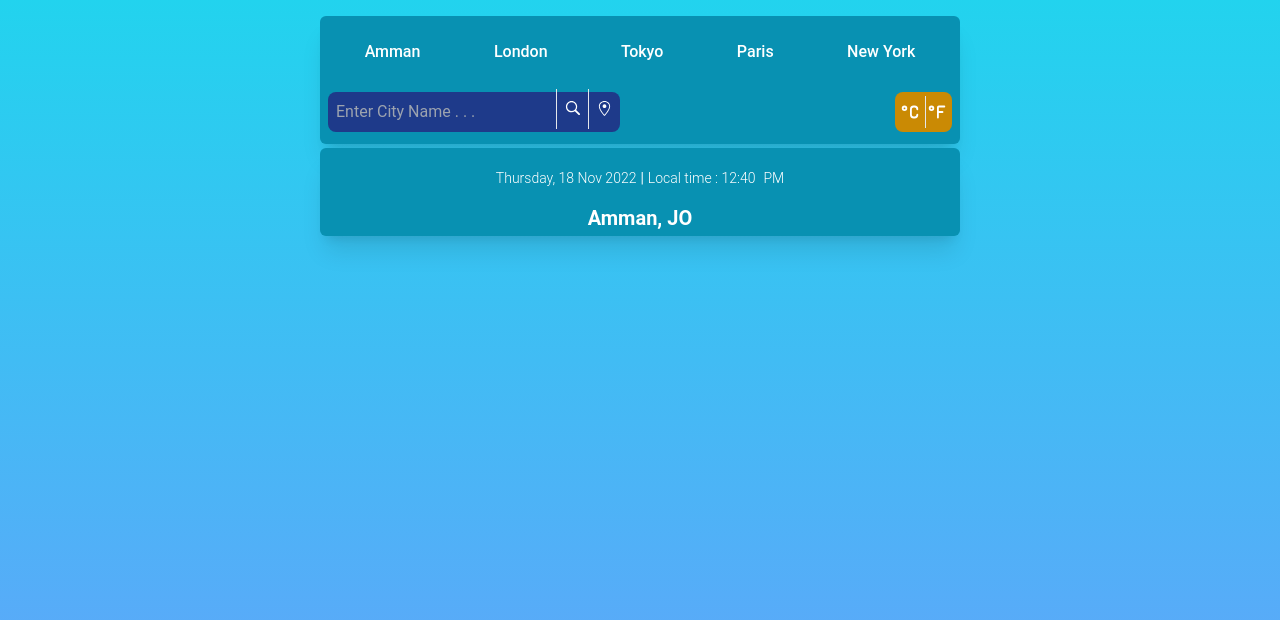
Repository: SaadYasin/next-js-forecast-tailwind
Page: /
The author's editor kept a copy of each file at every save. The page is drawn from the files as they stood at one save, then again after a run of saves.
The browser window is 1280 px wide. The pictures show the whole page.
The project was rebuilt for these pictures with package versions that can differ from the ones it lists, and the page was loaded fresh each time. The framework's server and built-in components were replaced by stand-ins that run in the browser.

Above is the page before, as saved 2022-11-18 22:49:10.

After the next 2 saves:
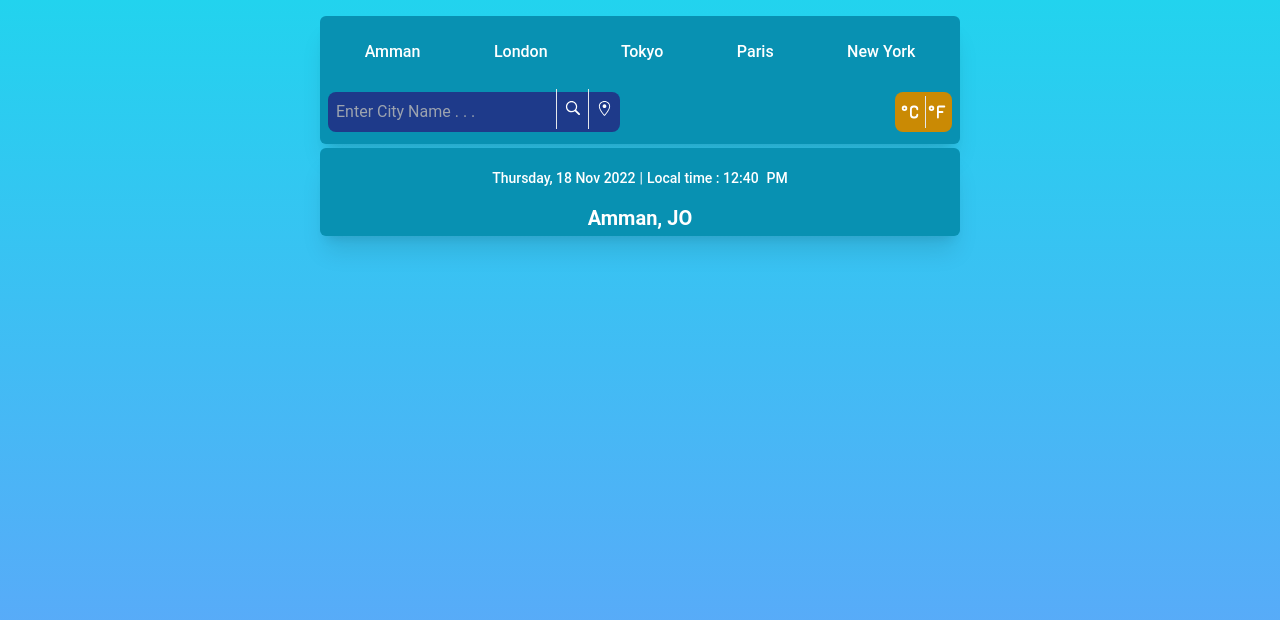
The 2 saves are shown as one change because they came seconds apart.
The last was saved 33 s later.
--- a/components/TimeAndDate.js
+++ b/components/TimeAndDate.js
@@ -1,9 +1,9 @@
 const TimeAndDate = () => {
   return (
     <div className="flex justify-center gap-1 px-2 pt-4 text-sm">
-      <h3 className="font-light">Thursday, 18 Nov 2022</h3>
+      <h3 className="font-medium">Thursday, 18 Nov 2022</h3>
       <p>|</p>
-      <h3 className="font-light">
+      <h3 className="font-medium">
         Local time : 12:40<span className="ml-2">PM</span>
       </h3>
     </div>
